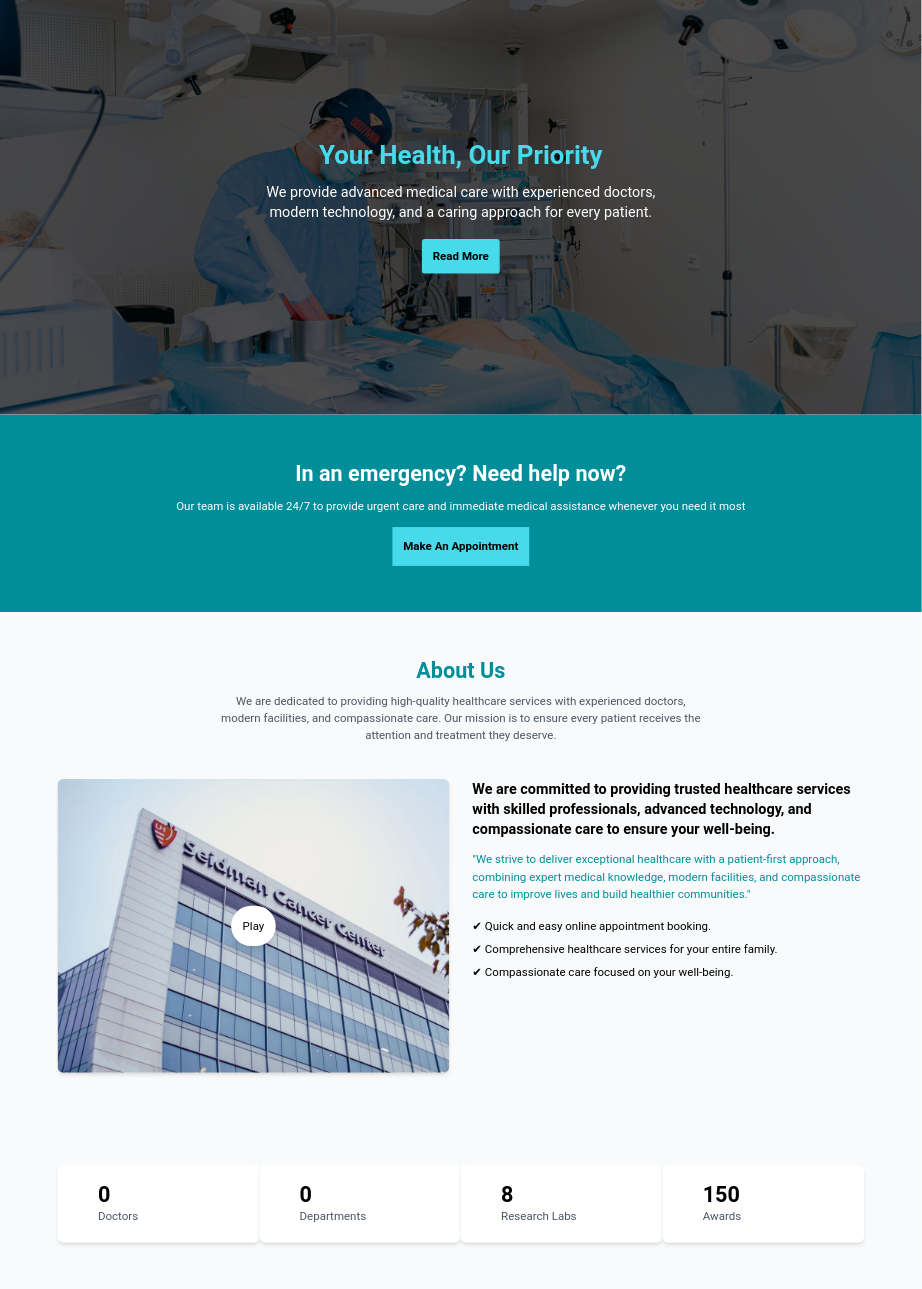
Repository: ahmedkhaleddev02-del/DoctorAppointment-MERN
Page: / (app in frontend/frontend/)
An editor plug-in stored every save of this project. The page is shown before and after the next save, followed by the edit.
The browser window is 1280 px wide. The pictures show the whole page, at 72% of full size.
The page's requests for data from a server got no answer. The project was rebuilt for these pictures with package versions that can differ from the ones it lists, and the page was loaded fresh each time. No one was signed in, and anything a server would have sent is missing.

Above is the page before, as saved 2025-07-27 22:53:27.

### frontend/frontend/public/index.html
<!DOCTYPE html>
<html lang="en">
  <head>
    <meta charset="utf-8" />
    <link rel="icon" href="%PUBLIC_URL%/favicon.ico" />
    <meta name="viewport" content="width=device-width, initial-scale=1" />
    <meta name="theme-color" content="#000000" />

    <meta
      name="description"
      content="Web site created using create-react-app"
    />

    <link rel="apple-touch-icon" href="%PUBLIC_URL%/logo192.png" />
    <!--
      manifest.json provides metadata used when your web app is installed on a
      user's mobile device or desktop. See https://developers.google.com/web/fundamentals/web-app-manifest/
    -->
    <link rel="manifest" href="%PUBLIC_URL%/manifest.json" />
    <!--
      Notice the use of %PUBLIC_URL% in the tags above.
      It will be replaced with the URL of the `public` folder during the build.
      Only files inside the `public` folder can be referenced from the HTML.

      Unlike "/favicon.ico" or "favicon.ico", "%PUBLIC_URL%/favicon.ico" will
      work correctly both with client-side routing and a non-root public URL.
      Learn how to configure a non-root public URL by running `npm run build`.
    -->
    <title>React App</title>
  </head>
  <body>
    <noscript>You need to enable JavaScript to run this app.</noscript>
    <div id="root"></div>
    <!--
      This HTML file is a template.
      If you open it directly in the browser, you will see an empty page.

      You can add webfonts, meta tags, or analytics to this file.
      The build step will place the bundled scripts into the <body> tag.

      To begin the development, run `npm start` or `yarn start`.
      To create a production bundle, use `npm run build` or `yarn build`.
    -->
  </body>
</html>

### frontend/frontend/src/index.css
@tailwind base;
@tailwind components;
@tailwind utilities;
@import url('https://fonts.googleapis.com/css2?family=Liter&family=Outfit:wght@100..900&family=Roboto:ital,wght@0,100..900;1,100..900&family=Sansita:ital,wght@0,400;0,700;0,800;0,900;1,400;1,700;1,800;1,900&display=swap');

@import "slick-carousel/slick/slick.css";
@import "slick-carousel/slick/slick-theme.css";


*,body{
  font-family: roboto;
}


button{
  background: #46daea !important;
  padding: 15px;
  color:black;
  font-weight: bold;
  transition: ease-in-out 0.3s !important;


}

button:hover{
  background: #43b0ba !important;
}

### frontend/frontend/src/App.js
import Home from "./pages/Home";
function App() {
  return (
    <>

    <Home/>
    </>
  );
}

export default App;

### frontend/frontend/src/pages/Home.jsx
import React from 'react'
import CallToAction from '../components/CallToAction'
import HeroSlider from '../components/HeroSlider'
import About from '../components/About'
import Stats from '../components/Stats'
function Home() {
  return (
    <div>
        <HeroSlider/>
        <CallToAction/>
        <About/>
        <Stats/>


    </div>
  )
}

export default Home

### frontend/frontend/src/components/CallToAction.jsx
import React from 'react'

function CallToAction() {
  return (
    <section  className="bg-[#008e9b] text-white py-16">
        <div className='max-w-4xl mx-auto text-center px-4'>
        <h3 className='text-3xl font-bold mb-4'> In an emergency? Need help now?</h3>
        <p className='mt-2 mb-2'>Our team is available 24/7 to provide urgent care and immediate medical assistance whenever you need it most</p>

        <button className='mt-2'>Make An Appointment</button>
        </div>

    </section>
  )
}

export default CallToAction

### frontend/frontend/src/components/HeroSlider.jsx
import React from 'react'
import Slider from "react-slick";
import carousel_1 from "../img/hero-carousel/hero-carousel-1.jpg"

import carousel_2 from "../img/hero-carousel/hero-carousel-2.jpg"


import carousel_3 from "../img/hero-carousel/hero-carousel-3.jpg"

function HeroSlider() {

const settings = {
    dots: true,
    infinite: true,
    autoplay: true,
    autoplaySpeed: 5000,
    fade: true,
    arrows: false
  };


  const slides = [
  {
    image: carousel_1,
    title: "Your Health, Our Priority",
    text: "We provide advanced medical care with experienced doctors, modern technology, and a caring approach for every patient.",
  },
  {
    image: carousel_2,
    title: "Specialized Medical Services",
    text: "From cardiology to pediatrics, our expert teams are ready to help you and your family stay healthy and safe.",
  },
  {
    image: carousel_3,
    title: "Easy Online Appointments",
    text: "Book your appointment quickly and conveniently with top doctors at your preferred time.",
  }
];



  return (
    <section className='relative w-full h-[80vh] overflow-hidden' >
        <Slider {...settings}>
                {slides.map((slide,index)=>(
                    <div  key={index} className="relative w-full h-[80vh]">

                <img  src={slide.image}   className="w-full h-full object-cover"/>

            <div className="absolute inset-0 bg-black bg-opacity-70 flex flex-col justify-center items-center text-center text-white px-4">

                    <h2 className='text-4xl text-[#46daea] font-bold mb-4'>{slide.title}</h2>

             <p className="max-w-xl text-xl ">{slide.text}</p>

             <button className="mt-6 inline-block  py-3 rounded ">
              Read More

             </button>

                </div>

                    </div>
                ))}


        </Slider>
    </section >
  )
}

export default HeroSlider

### frontend/frontend/src/components/About.jsx
import React from 'react'
import AboutUs from "../img/about.jpg"
function About() {
  return (
    <section className="py-16 bg-gray-50">

        <div className='text-center mb-12'>
            <h2 className='text-3xl font-bold mb-3 text-[#008e9b]'>About Us</h2>
        <p className="text-gray-600 max-w-2xl mx-auto">
        We are dedicated to providing high-quality healthcare services with experienced doctors,
        modern facilities, and compassionate care. Our mission is to ensure every patient receives
        the attention and treatment they deserve.
        </p>


        </div>

        <div className='max-w-6xl  mx-auto grid sm:grid-cols-1 md:grid-cols-2 gap-8 px-4'>
            <div className='relative'>
                <img src={AboutUs}  className="rounded-lg shadow-md"/>
                <a href='https://www.youtube.com/watch?v=Y7f98aduVJ8' className="absolute inset-0 flex items-center justify-center">

                <div className='bg-white rounded-full p-4 shadow-lg hover:scale-110 transition'>
                    Play
                </div>




                </a>
            </div>

            <div>
                <h3 className='text-xl font-semibold mb-4'>We are committed to providing trusted healthcare services with skilled professionals, advanced technology, and compassionate care to ensure your well-being.</h3>
                <p className='text-[#008e9b]'>"We strive to deliver exceptional healthcare with a patient-first approach, combining expert medical knowledge, modern facilities, and compassionate care to improve lives and build healthier communities."</p>

                <ul className='space-y-2 mb-4 mt-5'>

                    <li>✔ Quick and easy online appointment booking.</li>
                    <li>✔ Comprehensive healthcare services for your entire family.</li>
                    <li>✔ Compassionate care focused on your well-being.</li>
                </ul>


            </div>
        </div>


    </section>
  )
}

export default About

### frontend/frontend/src/components/Stats.jsx
import React, { useEffect, useState } from 'react'

function Stats() {

    const [doctorsCount,setDoctorsCount] = useState(0)
    const [departmentsCount, setDepartmentsCount] = useState(0);
    useEffect(()=>{
        const fetchStats= async()=>{
            try {
                const doctorsStats= await fetch("http://localhost:5000/doctors/count")

                const departmentsStats= await fetch("http://localhost:5000/departments/count")

                const  doctorsData = await doctorsStats.json()

                 const  departmentsData = await departmentsStats.json()

                 setDoctorsCount(doctorsData.count || 0)
                 setDepartmentsCount(departmentsData.count || 0);

                 console.log("Doctors count from API:", doctorsData.count)

                  console.log("departments count from API:", departmentsData.count)




            } catch (error) {
                  console.error("Error fetching stats:", error);
            }
        }

    fetchStats();
    },[])


    const  stats = [
        {
            icon:"fas fa-user-md", count: doctorsCount, label: "Doctors"
        },

         {
            icon:"far fa-hospital", count: departmentsCount, label: "Departments"
        },


         {
            icon:"fas fa-flask",  count: 8, label: "Research Labs"
        },

         {
            icon:"fas fa-award", count: 150, label: "Awards"
        },


    ]
  return (
    <section className='py-16 bg-gray-50'>
        <div className='max-w-6xl mx-auto px-4 '>
            <div className='grid lg:grid-cols-4  md:grid-cols-2 sm:grid-cols-1'>

                {stats.map((item,index)=> (
                    <div  className="flex items-center justify-start space-x-4 bg-white shadow-md rounded-lg p-6 gap-4 hover:shadow-lg transition" key={index}>

                        <i className={`${item.icon} text-[#46daea] text-4xl`}></i>

                        <div>
                            <span className='text-3xl font-bold block'>{item.count}</span>

                      <p className="text-gray-600">{item.label}</p>
                         </div>


                    </div>
                ))}

            </div>
        </div>

    </section>
  )
}

export default Stats

Loaded but not shown: frontend/frontend/src/index.js (common file); frontend/frontend/tailwind.config.js (common file)

After the next save:
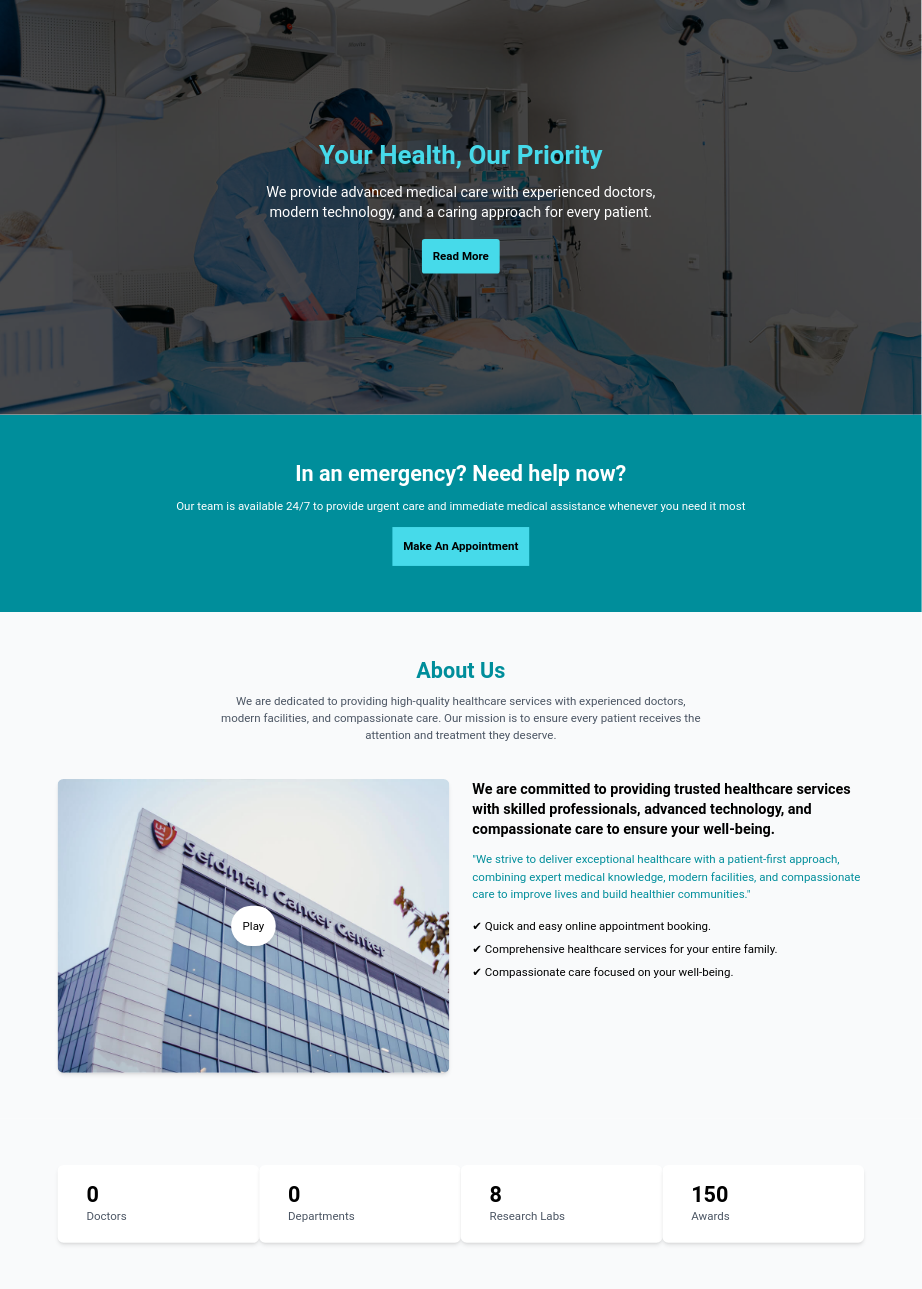
Saved 7 s later.
--- a/frontend/frontend/src/components/Stats.jsx
+++ b/frontend/frontend/src/components/Stats.jsx
@@ -60,7 +60,7 @@
             <div className='grid lg:grid-cols-4  md:grid-cols-2 sm:grid-cols-1'>
 
                 {stats.map((item,index)=> (
-                    <div  className="flex items-center justify-start space-x-4 bg-white shadow-md rounded-lg p-6 gap-4 hover:shadow-lg transition" key={index}>
+                    <div  className="flex items-center justify-start space-x-4 bg-white shadow-md rounded-lg p-6 hover:shadow-lg transition" key={index}>
 
                         <i className={`${item.icon} text-[#46daea] text-4xl`}></i>
 
